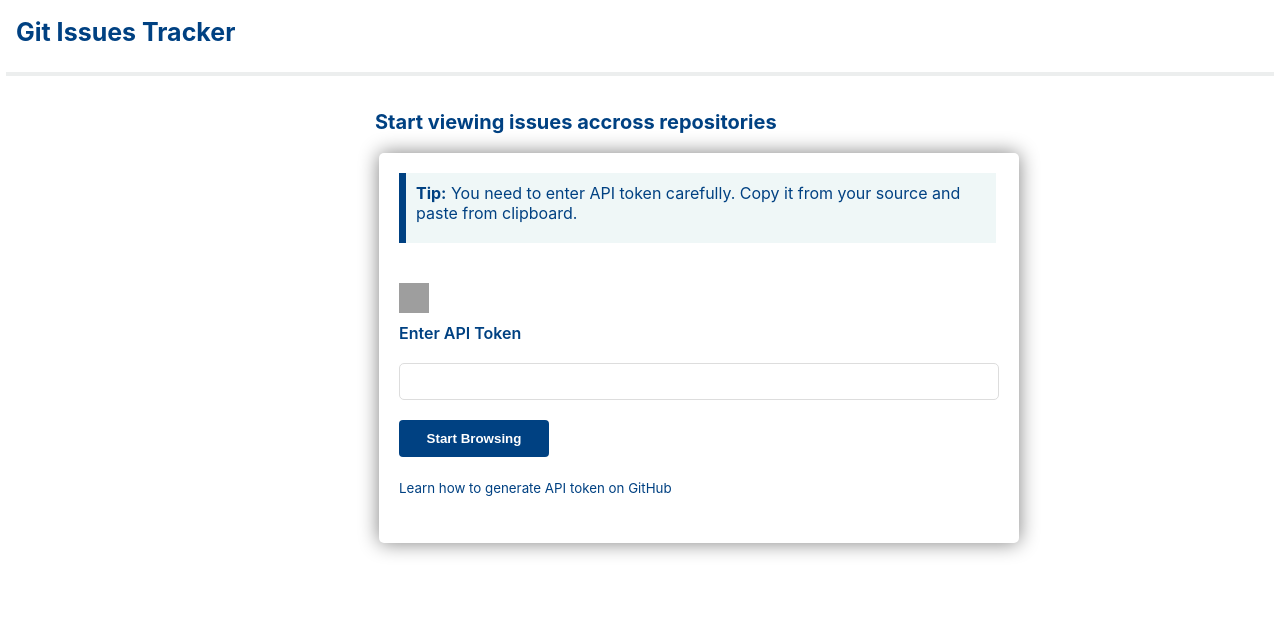
Repository: duzzisantos/github-repos-react-graphql
Page: /
The author's editor kept a copy of each file at every save. The page is drawn from the files as they stood at one save, then again after the next save.
The browser window is 1280 px wide. The pictures show the whole page.
Pictures or frames that could not be fetched are drawn as grey boxes. The project was rebuilt for these pictures with package versions that can differ from the ones it lists, and the page was loaded fresh each time. Also part of the build but not shown: src/components/table/tables.scss, src/components/table/Filters.tsx, src/components/table/Pagination.tsx, src/components/table/TableComponent.tsx, src/components/table/columnHelpers.ts, src/utilities/funtions.ts, src/pages/Repositories.tsx, src/pages/ViewRepository.tsx.

Above is the page before, as saved 2024-06-17 20:59:21.

### src/index.tsx
import React from "react";
import ReactDOM from "react-dom/client";
import "./index.css";
import App from "./App";
import reportWebVitals from "./reportWebVitals";
import { BrowserRouter } from "react-router-dom";
import { ApolloProvider } from "@apollo/client";
import client from "./api/apolloClient";

const root = ReactDOM.createRoot(
  document.getElementById("root") as HTMLElement
);
root.render(
  <React.StrictMode>
    <BrowserRouter>
      <ApolloProvider client={client}>
        <App />
      </ApolloProvider>
    </BrowserRouter>
  </React.StrictMode>
);

// If you want to start measuring performance in your app, pass a function
// to log results (for example: reportWebVitals(console.log))
// or send to an analytics endpoint. Learn more: https://bit.ly/CRA-vitals
reportWebVitals();

### src/App.tsx
import React from "react";
import "./App.scss";
import "./App.css";
import { Routes, Route } from "react-router-dom";
import StartPage from "./pages/StartPage";
import Repositories from "./pages/Repositories";
import ViewRepository from "./pages/ViewRepository";

function App() {
  return (
    <div className="App">
      <h1>Git Issues Tracker</h1>
      <hr />

      <Routes>
        <Route path="/" element={<StartPage />} />
        <Route path="/start" element={<StartPage />} />
        <Route path="/repositories" element={<Repositories />} />
        <Route path="/owner/repositoryName" element={<ViewRepository />} />
      </Routes>
    </div>
  );
}

export default App;

### src/api/apolloClient.ts
import { ApolloClient, InMemoryCache, createHttpLink } from "@apollo/client";
import { setContext } from "@apollo/client/link/context";

const http = createHttpLink({
  uri: "https://api.github.com/graphql",
});

const auth = setContext((_, { headers }) => {
  const apiToken = localStorage.getItem("authToken");

  return {
    headers: {
      ...headers,
      authorization: `Bearer ${apiToken}`,
    },
  };
});

const client = new ApolloClient({
  link: auth.concat(http),
  cache: new InMemoryCache(),
});

export default client;

### src/App.scss
/* Sass variables declared here: */

$color-dark: #212529;
$color-blue: rgb(0, 65, 130);
$color-teal: teal;
$padding-10: 10px;
$padding-20: $padding-10 * 2;
$padding-40: $padding-20 * 2;
$selected-display: flex;
$row: row;
$column: column;
$mb-20: 20px;
$mb-40: $mb-20 * 2;
$fw-600: 600;
$rounded-box: 5px;
$input-border: 1px solid rgb(221, 221, 221);

/* Main and start page styles*/
.App {
  display: flex;
  flex-direction: column;
}

.container {
  width: 98.8%;
  padding: $padding-10 $padding-10;
  display: flex;
  flex-direction: $column;
  justify-content: center;
  bottom: 0;
  margin-left: auto;
  color: $color-blue;
}

h1 {
  font-size: 25px;
  padding: 0 $padding-10;
  color: $color-blue;
  margin-left: 6px;
}

h2 {
  margin-left: 6px;
  font-size: 20px;
}

hr {
  border: 2px solid rgb(236, 238, 238);
  width: 98.8%;
}

form {
  width: 600px;
  height: 350px;
  margin-left: 10px;
  border-radius: $rounded-box;
  box-shadow: 0px 0px 20px gray;
  padding: $padding-20 $padding-20;
}

.form-group {
  display: $selected-display;
  flex-direction: $column;
}

.user-tip {
  height: 50px;
  width: 95%;
  padding: $padding-10 $padding-10;
  margin-bottom: $mb-40;
  border-left: 7px solid $color-blue;
  background-color: rgb(239, 247, 247);
}

.banner-info {
  color: $color-teal;
  font-size: 14px;
}

.banner-danger {
  @extend .banner-info;
  color: tomato;
}

.git-image {
  height: 30px;
  width: 30px;
  margin-bottom: 10px;
}

label {
  margin-bottom: $mb-20;
  font-weight: $fw-600;
}

#apiToken {
  @extend label;
  padding: 10px;
  border: $input-border;
  border-radius: $rounded-box;
}

/* Buttons */
.primary-btn {
  @extend label;
  width: 25%;
  padding: $padding-10;
  background-color: $color-blue;
  border: 1px solid transparent;
  border-radius: 4px;
  color: white;
}

button:hover {
  cursor: pointer;
}

.transparent-btn {
  @extend .primary-btn;
  background-color: white;
  color: $color-blue;
  border: 1px solid whitesmoke;
}

.transparent-btn:hover {
  background-color: $color-blue;
  color: white;
}

.action-btn {
  background-color: $color-teal;
  border: 1px solid transparent;
  color: white;
  border-radius: $rounded-box;
}

.read-docs {
  text-decoration: none;
  color: $color-blue;
}

.read-docs:hover {
  text-decoration-line: underline;
}

/* Content styles*/
.content-display {
  width: 90vw;
  overflow: auto;
  box-shadow: 0px 0px 15px gray;
  padding: $padding-10 $padding-10;
  margin-top: $mb-20;
  border-radius: $rounded-box;
}

.content-display > .display-items {
  width: 220%;
  position: relative;
}

.view-details {
  width: 45%;
  margin-top: $mb-20;
}

/* Miscellaneous styles */
a {
  text-decoration: none;
  color: $color-blue;
}

a:hover {
  text-decoration-line: underline;
}

### src/App.css
.container {
  width: 90%;
  align-items: center;
  justify-content: center;
  bottom: 0;
  padding: 10px 10px;
}

.display-items {
  width: 100%;
  display: flex;
  flex-direction: row;
  flex-wrap: wrap;
  gap: 1.5%;
}

.small-card {
  width: 300px;
  height: 120px;
  display: flex;
  flex-direction: column;
  justify-content: center;
  text-align: center;
  box-shadow: 0px 0px 3px gray;
}

### src/pages/StartPage.tsx
import React from "react";
import Container from "src/components/Container";
import Form from "src/components/Form";

const StartPage = () => {
  return (
    <Container
      pageSubTitle="Start viewing issues accross repositories"
      children={<Form />}
    />
  );
};

export default StartPage;

### src/components/Container.tsx
import React from "react";

interface ContainerProps {
  pageSubTitle: string;
  repositoryOwner?: string;
  children: any;
}

const Container = ({
  pageSubTitle,
  children,
  repositoryOwner,
}: ContainerProps) => {
  return (
    <main className="container">
      <section>
        <h2>{pageSubTitle}</h2>
        <h3>{repositoryOwner}</h3>
        {children}
      </section>
    </main>
  );
};

export default Container;

### src/components/Form.tsx
import React, { useState } from "react";
import { useNavigate } from "react-router-dom";
import { useLazyQuery } from "@apollo/client";
import { GET_ALL_REPOSITORIES } from "src/api/queryhelper";
//We need to specify the types of data we would be utilizing as state

const Form = () => {
  const [apiToken, setApiToken] = useState("");
  const [apiPayLoad, setApiPayload] = useState([]);
  const [getRepositories, { loading, error, data }] =
    useLazyQuery(GET_ALL_REPOSITORIES);

  const navigate = useNavigate();

  const handleChange = (e: any) => {
    setApiToken(e.target.value);
  };

  const handleSubmit = () => {
    localStorage.setItem("authToken", apiToken);

    //We make the GraphQL API call here
    getRepositories()
      .then((res: any) => {
        console.log(res.data);
        setApiPayload(res.data.viewer.repositories.nodes);
      })
      .catch((err) => {
        console.warn(err?.message);
      });
  };

  if (data) {
    navigate("/repositories", {
      state: {
        //this is the result we want to consume as we navigate to the /repositories route
        data: data.viewer.repositories.nodes,
        error: error,
        loading: loading,
        apiPayLoad,
      },
    });
  }

  return (
    <form>
      <div className="user-tip">
        <strong> Tip:</strong> You need to enter API token carefully. Copy it
        from your source and paste from clipboard.
      </div>

      <div className="form-group">
        <img
          src="https://upload.wikimedia.org/wikipedia/commons/thumb/c/c2/GitHub_Invertocat_Logo.svg/1200px-GitHub_Invertocat_Logo.svg.png"
          alt="git"
          className="git-image"
        />
        <label htmlFor="apiToken">Enter API Token</label>
        <input
          type="text"
          name="apiToken"
          id="apiToken"
          value={apiToken}
          onChange={handleChange}
        />
        <button className="primary-btn" type="button" onClick={handleSubmit}>
          Start Browsing
        </button>

        <div className="banner-info">
          <strong>{loading ? "Redirecting...." : data && "Success"}</strong>
        </div>
        <div className="banner-danger">
          <strong>{error && error.message}</strong>
        </div>
      </div>
      <small className="form-text" id="info">
        <a
          className="read-docs"
          title="Read short documentation"
          href="https://docs.github.com/en/authentication/keeping-your-account-and-data-secure/managing-your-personal-access-tokens"
        >
          Learn how to generate API token on GitHub
        </a>
      </small>
    </form>
  );
};

export default Form;

### src/api/queryhelper.ts
import { gql } from "@apollo/client";

const GET_ALL_REPOSITORIES = gql`
  query {
    viewer {
      repositories(first: 50) {
        nodes {
          id
          name
          owner {
            login
          }
          visibility
          stargazerCount
          forkCount
          url
          issues {
            totalCount
          }
          licenseInfo {
            name
          }
          updatedAt
          createdAt
        }
      }
    }
  }
`;

const GET_REPOSITORY_BY_NAME = gql`
  query ($name: NAME!) {
    node(name: $name) {
      ... on Repository {
        id
        name
        owner {
          login
        }
        visibility
        stargazerCount
        forkCount
        url
        issues {
          totalCount
        }
        licenseInfo {
          name
        }
        updatedAt
        createdAt
      }
    }
  }
`;

export { GET_ALL_REPOSITORIES, GET_REPOSITORY_BY_NAME };

Loaded but not shown: public/index.html (common file); src/index.css (common file); src/reportWebVitals.ts (common file)

After the next save:
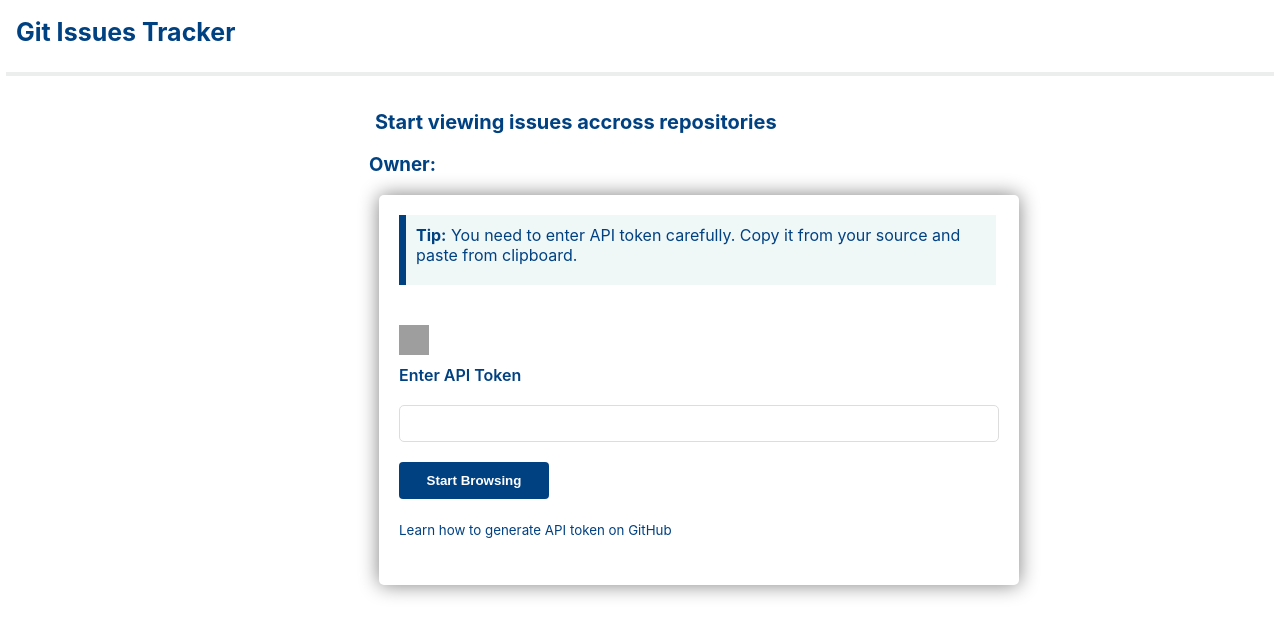
Saved 46 s later.
--- a/src/components/Container.tsx
+++ b/src/components/Container.tsx
@@ -15,7 +15,7 @@ const Container = ({
     <main className="container">
       <section>
         <h2>{pageSubTitle}</h2>
-        <h3>{repositoryOwner}</h3>
+        <h3>Owner: {repositoryOwner}</h3>
         {children}
       </section>
     </main>
